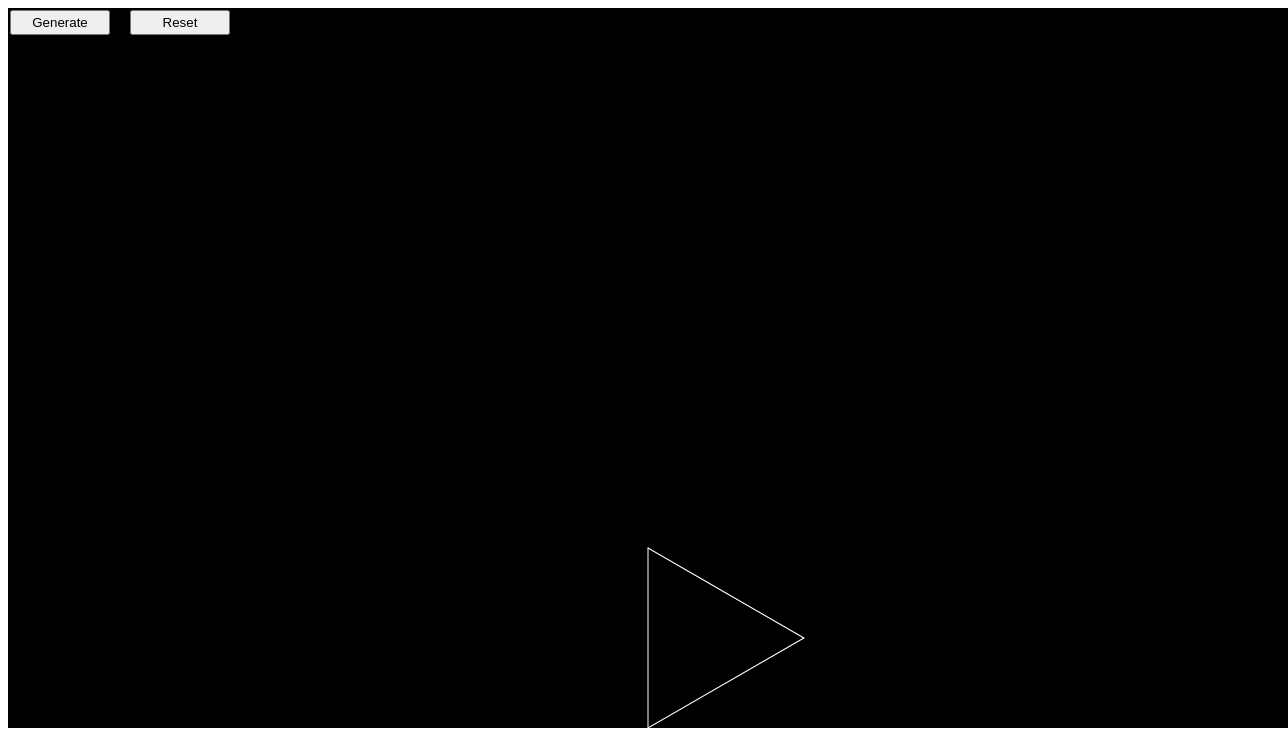
Repository: Gabrielw123/Fraktalgenerator
Page: fraktaler/test/bruh.html
An editor plug-in stored every save of this project. The page is shown before and after the next save, followed by the edit.
The browser window is 1280 px wide. The page is 1288 px wide, so the pictures cover 1288 px, including what lies to the right of the window. The pictures show the whole page.
Some web libraries are served in a nearby version.

Above is the page before, as saved 2022-01-12 09:13:20.

After the next save:
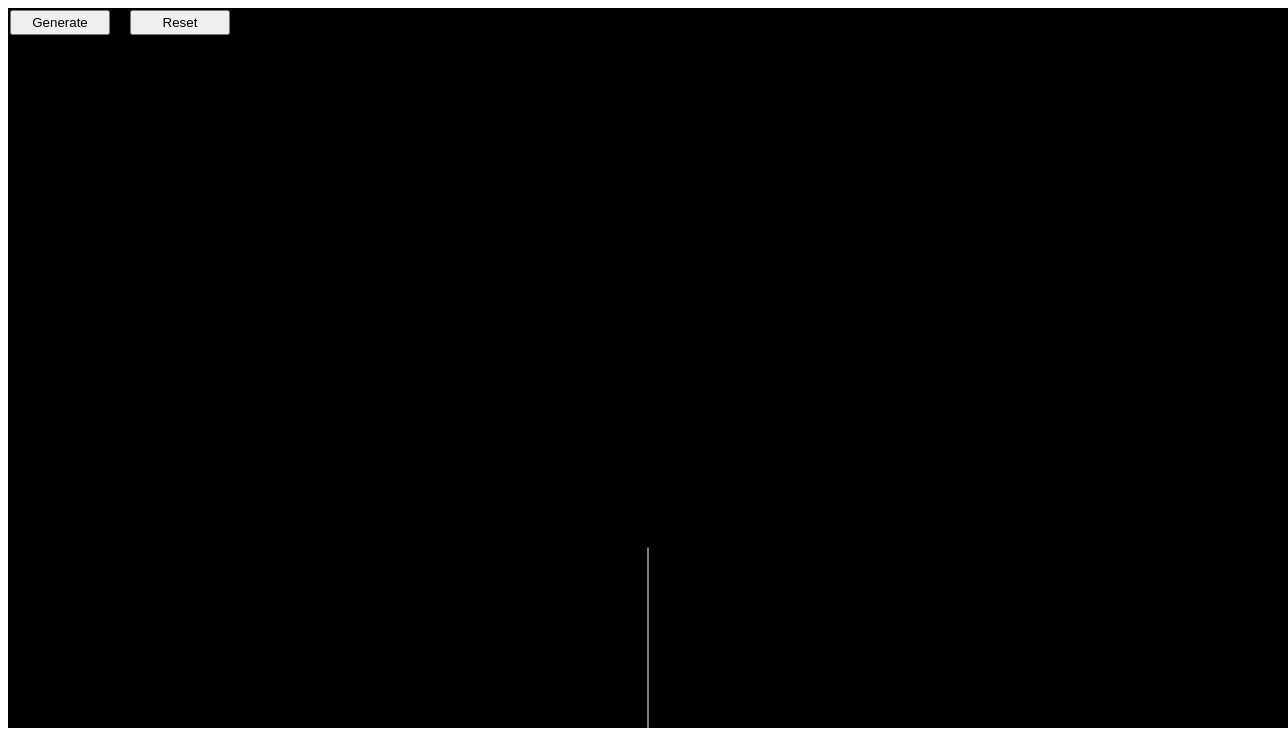
Saved 44 s later.
--- a/fraktaler/test/noob.js
+++ b/fraktaler/test/noob.js
@@ -8,7 +8,7 @@ let maxGeneration = 6;
 let length;
 let angle;
 
-let axiom = "F++F++F";
+let axiom = "F";
 let sentence = axiom;
 
 let rules = [
@@ -20,7 +20,7 @@ let rules = [
 
 function setup() {
   createCanvas(windowWidth, windowHeight);
-  angle = radians(60);
+  angle = radians(22.5);
   length = height / 4;
   turtle();
   drawGUI();
